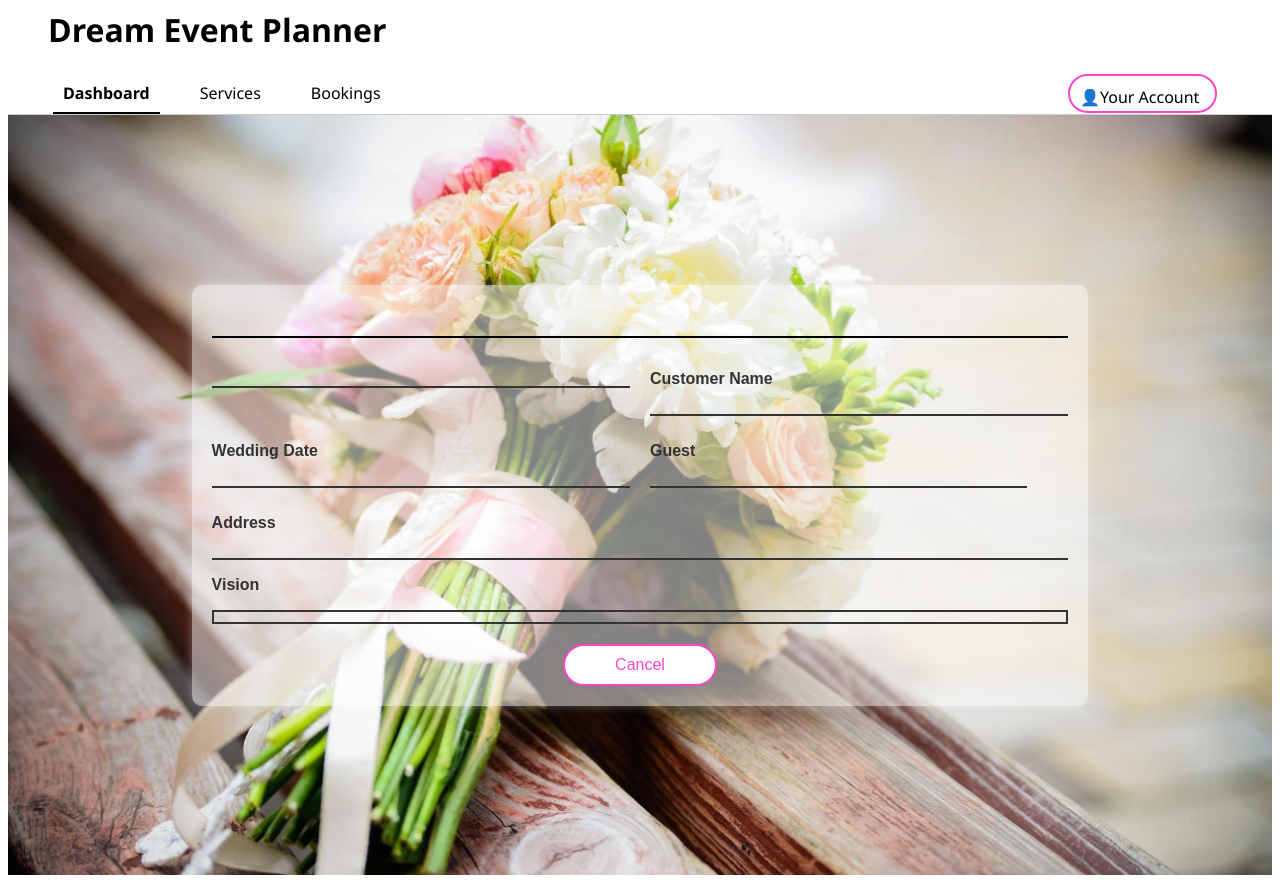
Repository: rajeshwari16945/Dream_Event_planner
Page: dep-admin-vendor-svc/src/main/resources/static/html/EachUserBooking.html
An editor plug-in stored every save of this project. The page is shown before and after the next save, followed by the edit.
The browser window is 1280 px wide. The pictures show the whole page.
The page's requests for data from a server got no answer. Backgrounds fixed to the window are drawn as part of the page.

Above is the page before, as saved 2025-04-01 20:57:35.

### dep-admin-vendor-svc/src/main/resources/static/html/EachUserBooking.html
<!DOCTYPE html>
<html>
	<head>
		<meta charset="UTF-8"/>
		<title>Dream Event Planner</title>
		<link type="text/css" rel="stylesheet" href="../css/style.css">
		<script src="https://ajax.googleapis.com/ajax/libs/jquery/3.7.1/jquery.min.js"></script>
		<script src="../javascript/checkSession.js"></script>
		<script src="../javascript/UserNavigationJQ.js"></script>
		<script src="../javascript/EachBooking.js"></script>
		<script>
		  fetch('vendorNavigation.html')
		    .then(response => response.text())
		    .then(data => {
		      document.getElementById('content').innerHTML = data;
		    });
		</script>
	</head>
	<body class="each-booking-body">
		<div id="content"></div>
		<main>
			<div class="each-booking-page">
				<div class="booking-form-section">
					<form class="booking-form">
						<div>
							<h1 id="headingWithStatus"></h1>
						</div>
						<div class="wedding-container">
							<div>
								<label id="serviceLabelName"></label>
								<p id="serviceName"></p>
							</div>
							<div>
								<label>Customer Name</label>
								<p id="fullName"></p>
							</div>
						</div>
						<div class="wedding-container">
							<div>
								<label>Wedding Date</label>
								<p id="eventDate"></p>
							</div>
							<div>
								<label>Guest</label>
								<p id="guest"></p>
							</div>
						</div>
						<div>
							<label>Address</label>
							<p id="address"></p>
						</div>
						<div>
							<label>Vision</label>
							<p id="vision" class="disply-vision"></p>
						</div>
						<div class="booking-buttons">
							<button class="bookingRejectButton" id="rejectButton" style="display: none;">Reject</button>
							<a href="UserBookings.html" class="bookingCancelButton" id="cancelButton">Cancel</a>
							<button class="bookingAcceptButton" id="acceptButton" style="display: none;">Accept</button>
						</div>
					</form>
				</div>
			</div>
		</main>
	</body>
</html>

### dep-admin-vendor-svc/src/main/resources/static/html/vendorNavigation.html
<!DOCTYPE html>
<html>
	<head>
		<meta charset="utf-8">
		<title>Dream Event Planner</title>
		<link type="text/css" rel="stylesheet" href="../css/style.css">
	</head>
	<body>
		<div class="user_nav_main">
			<h1 class="top-heading">Dream Event Planner</h1>
			<div class="topnav">
                <div class="float-left">
					<ul class="user-nav-menu">
	                    <li><a class="nav-items active" href="VendorDashboard.html">Dashboard</a></li>
	                    <li><a href="service.html">Services</a></li>
	                    <li><a class="nav-items" href="Bookings.html">Bookings</a></li>
					</ul>
                </div>
                <div class="float-right">
					<ul class="user-nav-menu">
						<li class="dropdown">
							<a href="" class="account-menu">👤Your Account</a>
							<ul class="dropdown-menu">
								<li><a href="VendorSettings.html">Account Settings</a></li>
								<li><button id="logoutButton">Log out</button></li>
							</ul>
						</li>
					</ul>
                </div>
            </div>
		</div>
	</body>
</html>

### dep-admin-vendor-svc/src/main/resources/static/html/userNavigation.html
<!DOCTYPE html>
<html>
	<head>
		<meta charset="utf-8">
		<title>Dream Event Planner</title>
		<link type="text/css" rel="stylesheet" href="../css/style.css">
		<script>
		    document.addEventListener("DOMContentLoaded", function () {
		        // Get the current page URL
		        let currentPage = window.location.pathname.split("/").pop();
		        // Select all navigation links
		        let navLinks = document.querySelectorAll(".user-nav-menu a");
		        // Loop through links and add the 'active' class if the href matches the page
		        navLinks.forEach(link => {
		            if (link.getAttribute("href") === currentPage) {
		                link.classList.add("active");
		            }
		        });
		    });
		</script>
	</head>
	<body>
		<div class="user_nav_main">
			<h1 class="top-heading">Dream Event Planner</h1>
			<div class="topnav">
                <div class="float-left">
					<ul class="user-nav-menu">
	                    <li><a class="nav-items active" href="dashboard.html">Dashboard</a></li>
	                    <li><a class="nav-items" href="invitation.html">Invitation</a></li>
						<li><a class="nav-items" href="PlanningTool.html">PlanningTool</a></li>
	                    <li class="dropdown">
							<a href="">Vendors</a>
							<ul class="dropdown-menu">
				                <li><a href="VendorList.html?type=Venue">Venue</a></li>
				                <li><a href="VendorList.html?type=Catering">Catering</a></li>
				                <li><a href="VendorList.html?type=Photographer">Photographers</a></li>
				            </ul>
						</li>
						<li><a class="nav-items" href="UserBookings.html">Bookings</a></li>
					</ul>
                </div>
                <div class="float-right">
					<ul class="user-nav-menu">
						<li class="dropdown">
							<a href="" class="account-menu">👤Your Account</a>
							<ul class="dropdown-menu">
								<li><a href="UserSettings.html">Account Settings</a></li>
								<li><button id="logoutButton">Log out</button></li>
							</ul>
						</li>
					</ul>
                </div>
            </div>
		</div>
	</body>
</html>

Loaded but not shown: dep-admin-vendor-svc/src/main/resources/static/javascript/EachBooking.js (117 lines, source omitted); dep-admin-vendor-svc/src/main/resources/static/javascript/checkSession.js (47 lines, source omitted); dep-admin-vendor-svc/src/main/resources/static/javascript/UserNavigationJQ.js (25 lines, source omitted); dep-admin-vendor-svc/src/main/resources/static/css/style.css (2143 lines, source omitted)

After the next save:
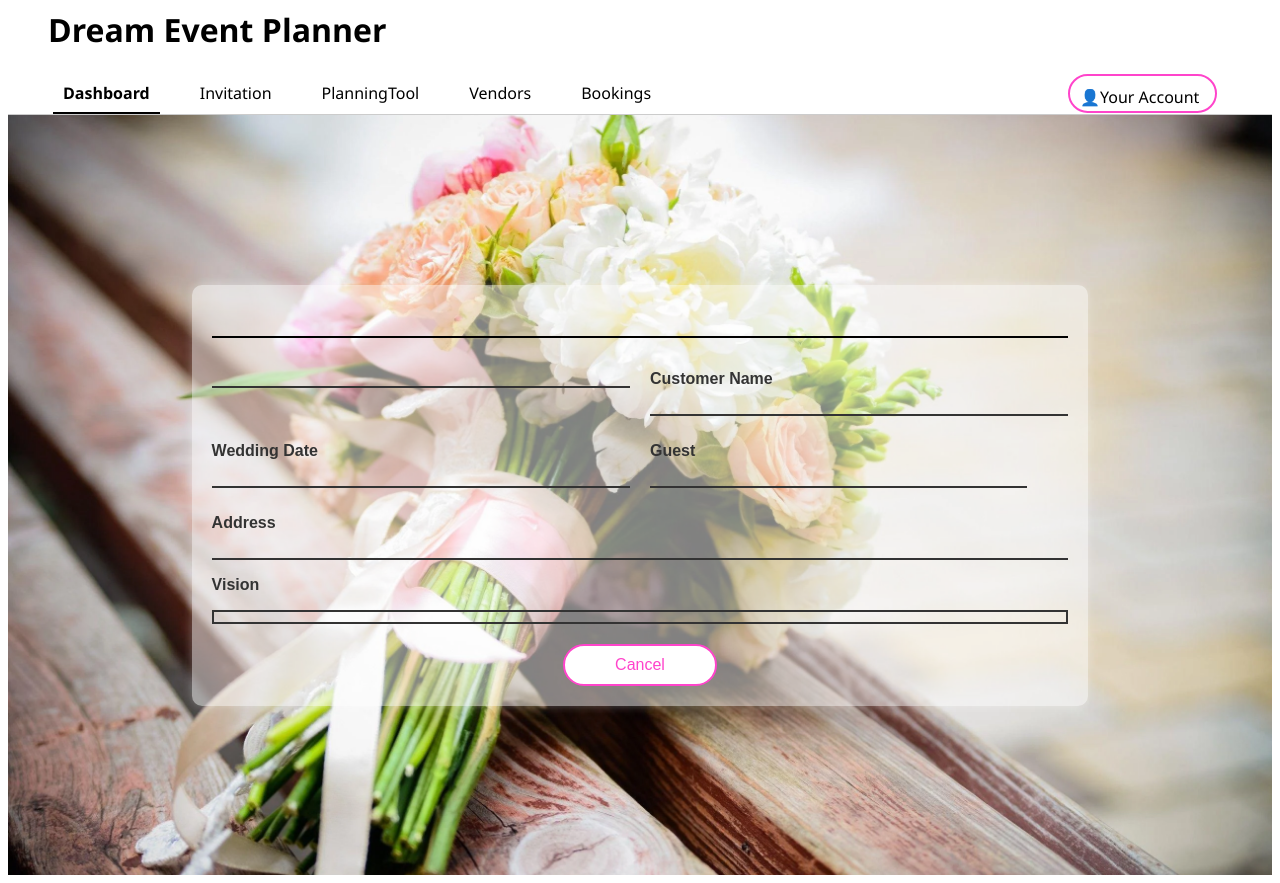
Saved 85 s later.
--- a/dep-admin-vendor-svc/src/main/resources/static/html/EachUserBooking.html
+++ b/dep-admin-vendor-svc/src/main/resources/static/html/EachUserBooking.html
@@ -9,7 +9,7 @@
 		<script src="../javascript/UserNavigationJQ.js"></script>
 		<script src="../javascript/EachBooking.js"></script>
 		<script>
-		  fetch('vendorNavigation.html')
+		  fetch('userNavigation.html')
 		    .then(response => response.text())
 		    .then(data => {
 		      document.getElementById('content').innerHTML = data;
